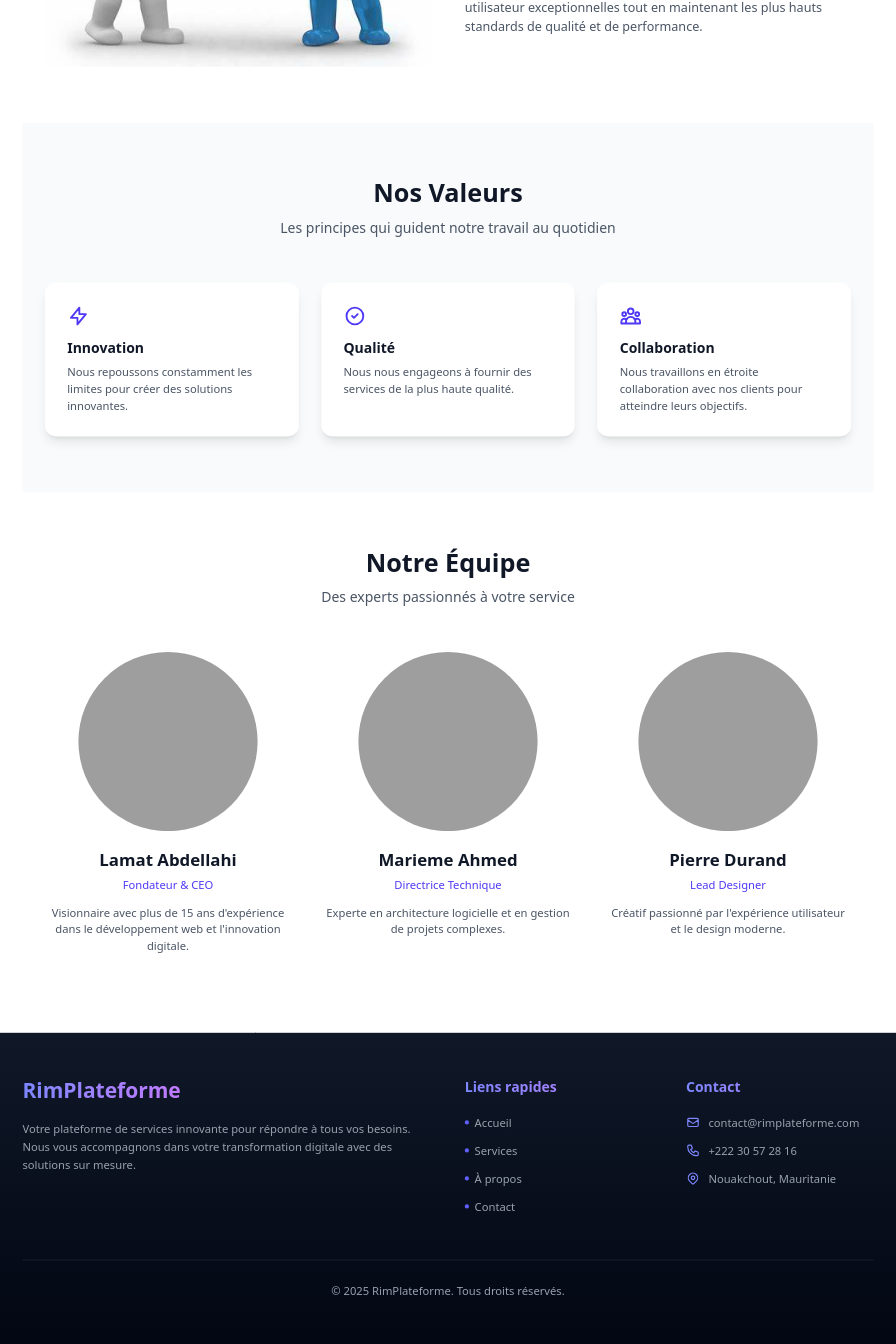
Repository: lamatmed/rimplateforme
Page: /about
An editor plug-in stored every save of this project. The page is shown before and after a run of saves, followed by the edit.
The browser window is 1280 px wide. The pictures show the part of the page from y = 1049 to 2969 px (the page is 2969 px tall), at 70% of full size.
Pictures or frames that could not be fetched are drawn as grey boxes. The project was rebuilt for these pictures with package versions that can differ from the ones it lists, and the page was loaded fresh each time. The framework's server and built-in components were replaced by stand-ins that run in the browser. Also part of the build but not shown: next.config.ts.

Above is the page before, as saved 2025-05-31 16:22:27.

### app/layout.tsx
import type { Metadata } from "next";
import { Geist, Geist_Mono } from "next/font/google";
import { cn } from "@/lib/utils"; // ou "../lib/utils" selon ton chemin
import "./globals.css";
import Navbar from "./components/Navbar";
import Footer from "./components/Footer";


const geistSans = Geist({
  variable: "--font-geist-sans",
  subsets: ["latin"],
});

const geistMono = Geist_Mono({
  variable: "--font-geist-mono",
  subsets: ["latin"],
});

export const metadata: Metadata = {
  title: "Rim Plateforme",
  description: "La bonne route vers web developpement",
  icons: { icon: "/logo.svg" },
};

export default function RootLayout({
  children,
}: Readonly<{
  children: React.ReactNode;
}>) {
  return (
    <html lang="en" suppressHydrationWarning>
      <body className={cn(
        geistSans.variable,
        geistMono.variable,
        "antialiased min-h-screen flex flex-col"
      )}>

          <div className="min-h-screen bg-white dark:bg-gray-900 text-gray-900 dark:text-white transition-colors duration-200">
            {/* Background Effects */}
            <div className="fixed inset-0 overflow-hidden pointer-events-none">
              {/* Gradient Orbs */}
              <div className="absolute -top-40 -left-40 w-80 h-80 bg-purple-300 dark:bg-purple-900/30 rounded-full mix-blend-multiply filter blur-xl opacity-70 animate-blob" />
              <div className="absolute -bottom-40 -right-40 w-80 h-80 bg-indigo-300 dark:bg-indigo-900/30 rounded-full mix-blend-multiply filter blur-xl opacity-70 animate-blob animation-delay-2000" />
              <div className="absolute top-1/2 left-1/2 transform -translate-x-1/2 -translate-y-1/2 w-80 h-80 bg-blue-300 dark:bg-blue-900/30 rounded-full mix-blend-multiply filter blur-xl opacity-70 animate-blob animation-delay-4000" />

              {/* Grid Pattern */}
              <div className="absolute inset-0 bg-[linear-gradient(to_right,#80808012_1px,transparent_1px),linear-gradient(to_bottom,#80808012_1px,transparent_1px)] bg-[size:24px_24px]" />
            </div>

            {/* Content Container */}
            <div className="relative flex flex-col min-h-screen">
              <Navbar />
              <main className="flex-grow relative z-10">
                <div className="max-w-7xl mx-auto px-4 sm:px-6 lg:px-8 py-8">
                  {children}
                </div>
              </main>
              <Footer />
            </div>
          </div>

      </body>
    </html>
  );
}

### app/about/page.tsx
/* eslint-disable react/no-unescaped-entities */
'use client';

import { motion } from 'framer-motion';
import Image from 'next/image';

const team = [
  {
    name: 'Lamat Abdellahi',
    role: 'Fondateur & CEO',
    image: '/team/jean.jpg',
    description: 'Visionnaire avec plus de 15 ans d\'expérience dans le développement web et l\'innovation digitale.',
  },
  {
    name: 'Marieme Ahmed',
    role: 'Directrice Technique',
    image: '/team/marie.jpg',
    description: 'Experte en architecture logicielle et en gestion de projets complexes.',
  },
  {
    name: 'Pierre Durand',
    role: 'Lead Designer',
    image: '/team/pierre.jpg',
    description: 'Créatif passionné par l\'expérience utilisateur et le design moderne.',
  },
];

const stats = [
  { label: 'Projets Réalisés', value: '150+' },
  { label: 'Clients Satisfaits', value: '98%' },
  { label: 'Années d\'Expérience', value: '10+' },
  { label: 'Équipe', value: '25+' },
];

const values = [
  {
    title: 'Innovation',
    description: 'Nous repoussons constamment les limites pour créer des solutions innovantes.',
    icon: (
      <svg className="w-8 h-8" fill="none" stroke="currentColor" viewBox="0 0 24 24">
        <path strokeLinecap="round" strokeLinejoin="round" strokeWidth={2} d="M13 10V3L4 14h7v7l9-11h-7z" />
      </svg>
    ),
  },
  {
    title: 'Qualité',
    description: 'Nous nous engageons à fournir des services de la plus haute qualité.',
    icon: (
      <svg className="w-8 h-8" fill="none" stroke="currentColor" viewBox="0 0 24 24">
        <path strokeLinecap="round" strokeLinejoin="round" strokeWidth={2} d="M9 12l2 2 4-4m6 2a9 9 0 11-18 0 9 9 0 0118 0z" />
      </svg>
    ),
  },
  {
    title: 'Collaboration',
    description: 'Nous travaillons en étroite collaboration avec nos clients pour atteindre leurs objectifs.',
    icon: (
      <svg className="w-8 h-8" fill="none" stroke="currentColor" viewBox="0 0 24 24">
        <path strokeLinecap="round" strokeLinejoin="round" strokeWidth={2} d="M17 20h5v-2a3 3 0 00-5.356-1.857M17 20H7m10 0v-2c0-.656-.126-1.283-.356-1.857M7 20H2v-2a3 3 0 015.356-1.857M7 20v-2c0-.656.126-1.283.356-1.857m0 0a5.002 5.002 0 019.288 0M15 7a3 3 0 11-6 0 3 3 0 016 0zm6 3a2 2 0 11-4 0 2 2 0 014 0zM7 10a2 2 0 11-4 0 2 2 0 014 0z" />
      </svg>
    ),
  },
];

export default function AboutPage() {
  return (
    <div className="bg-white dark:bg-gray-900">
      {/* Hero Section avec animation de parallaxe */}
      <div className="relative h-[50vh] sm:h-[60vh] overflow-hidden">
        <motion.div
          initial={{ scale: 1.2, opacity: 0 }}
          animate={{ scale: 1, opacity: 1 }}
          transition={{ duration: 1.5 }}
          className="absolute inset-0"
        >
          <Image
            src="/about/hero-bg.jpg"
            alt="Hero Background"
            fill
            className="object-cover"
            priority
          />
          <div className="absolute inset-0 bg-gradient-to-r from-indigo-600/90 to-purple-600/90" />
        </motion.div>
        <div className="relative h-full flex items-center justify-center text-center px-4">
          <motion.div
            initial={{ opacity: 0, y: 20 }}
            animate={{ opacity: 1, y: 0 }}
            transition={{ duration: 0.8, delay: 0.2 }}
            className="max-w-3xl mx-auto"
          >
            <h1 className="text-3xl sm:text-4xl md:text-5xl lg:text-6xl font-extrabold text-white mb-4 sm:mb-6">
              À propos de RimPlateforme
            </h1>
            <p className="text-lg sm:text-xl md:text-2xl text-white/90 px-4">
              Votre partenaire de confiance pour l&apos;innovation digitale
            </p>
          </motion.div>
        </div>
      </div>

      {/* Stats Section */}
      <div className="py-12 sm:py-16 bg-gray-50 dark:bg-gray-800">
        <div className="max-w-7xl mx-auto px-4 sm:px-6 lg:px-8">
          <div className="grid grid-cols-2 md:grid-cols-4 gap-6 sm:gap-8">
            {stats.map((stat, index) => (
              <motion.div
                key={stat.label}
                initial={{ opacity: 0, y: 20 }}
                animate={{ opacity: 1, y: 0 }}
                transition={{ duration: 0.5, delay: index * 0.1 }}
                className="text-center"
              >
                <div className="text-2xl sm:text-3xl md:text-4xl font-bold text-indigo-600 dark:text-indigo-400 mb-1 sm:mb-2">
                  {stat.value}
                </div>
                <div className="text-sm sm:text-base text-gray-600 dark:text-gray-400">
                  {stat.label}
                </div>
              </motion.div>
            ))}
          </div>
        </div>
      </div>

      {/* Mission Section */}
      <div className="py-12 sm:py-20">
        <div className="max-w-7xl mx-auto px-4 sm:px-6 lg:px-8">
          <div className="grid grid-cols-1 lg:grid-cols-2 gap-8 sm:gap-12 items-center">
            <motion.div
              initial={{ opacity: 0, x: -50 }}
              whileInView={{ opacity: 1, x: 0 }}
              transition={{ duration: 0.8 }}
              viewport={{ once: true }}
              className="relative h-[250px] sm:h-[400px] rounded-xl sm:rounded-2xl overflow-hidden"
            >
              <Image
                src="/tech/mission.jpg"
                alt="Notre mission"
                fill
                className="object-cover"
              />
            </motion.div>
            <motion.div
              initial={{ opacity: 0, x: 50 }}
              whileInView={{ opacity: 1, x: 0 }}
              transition={{ duration: 0.8 }}
              viewport={{ once: true }}
              className="space-y-4 sm:space-y-6"
            >
              <h2 className="text-2xl sm:text-3xl md:text-4xl font-bold text-gray-900 dark:text-white">
                Notre Mission
              </h2>
              <p className="text-base sm:text-lg text-gray-600 dark:text-gray-400">
                Chez RimPlateforme, nous nous engageons à transformer vos idées en solutions digitales innovantes. Notre mission est d&apos;accompagner les entreprises dans leur transformation numérique en leur offrant des services de qualité et des solutions sur mesure.
              </p>
              <p className="text-base sm:text-lg text-gray-600 dark:text-gray-400">
                Nous croyons en l&apos;importance de créer des expériences utilisateur exceptionnelles tout en maintenant les plus hauts standards de qualité et de performance.
              </p>
            </motion.div>
          </div>
        </div>
      </div>

      {/* Values Section */}
      <div className="py-12 sm:py-20 bg-gray-50 dark:bg-gray-800">
        <div className="max-w-7xl mx-auto px-4 sm:px-6 lg:px-8">
          <motion.div
            initial={{ opacity: 0, y: 20 }}
            whileInView={{ opacity: 1, y: 0 }}
            transition={{ duration: 0.5 }}
            viewport={{ once: true }}
            className="text-center mb-12 sm:mb-16"
          >
            <h2 className="text-2xl sm:text-3xl md:text-4xl font-bold text-gray-900 dark:text-white mb-3 sm:mb-4">
              Nos Valeurs
            </h2>
            <p className="text-base sm:text-lg md:text-xl text-gray-600 dark:text-gray-400">
              Les principes qui guident notre travail au quotidien
            </p>
          </motion.div>
          <div className="grid grid-cols-1 sm:grid-cols-2 md:grid-cols-3 gap-6 sm:gap-8">
            {values.map((value, index) => (
              <motion.div
                key={value.title}
                initial={{ opacity: 0, y: 20 }}
                whileInView={{ opacity: 1, y: 0 }}
                transition={{ duration: 0.5, delay: index * 0.1 }}
                viewport={{ once: true }}
                className="bg-white dark:bg-gray-900 p-6 sm:p-8 rounded-xl sm:rounded-2xl shadow-lg hover:shadow-xl transition-shadow duration-300"
              >
                <div className="text-indigo-600 dark:text-indigo-400 mb-4">
                  {value.icon}
                </div>
                <h3 className="text-lg sm:text-xl font-semibold text-gray-900 dark:text-white mb-2">
                  {value.title}
                </h3>
                <p className="text-sm sm:text-base text-gray-600 dark:text-gray-400">
                  {value.description}
                </p>
              </motion.div>
            ))}
          </div>
        </div>
      </div>

      {/* Team Section */}
      <div className="py-12 sm:py-20">
        <div className="max-w-7xl mx-auto px-4 sm:px-6 lg:px-8">
          <motion.div
            initial={{ opacity: 0, y: 20 }}
            whileInView={{ opacity: 1, y: 0 }}
            transition={{ duration: 0.5 }}
            viewport={{ once: true }}
            className="text-center mb-12 sm:mb-16"
          >
            <h2 className="text-2xl sm:text-3xl md:text-4xl font-bold text-gray-900 dark:text-white mb-3 sm:mb-4">
              Notre Équipe
            </h2>
            <p className="text-base sm:text-lg md:text-xl text-gray-600 dark:text-gray-400">
              Des experts passionnés à votre service
            </p>
          </motion.div>
          <div className="grid grid-cols-1 sm:grid-cols-2 md:grid-cols-3 gap-8 sm:gap-12">
            {team.map((member, index) => (
              <motion.div
                key={member.name}
                initial={{ opacity: 0, y: 20 }}
                whileInView={{ opacity: 1, y: 0 }}
                transition={{ duration: 0.5, delay: index * 0.1 }}
                viewport={{ once: true }}
                className="text-center group"
              >
                <div className="relative h-48 w-48 sm:h-56 sm:w-56 md:h-64 md:w-64 mx-auto mb-4 sm:mb-6 rounded-full overflow-hidden">
                  <Image
                    src={member.image}
                    alt={member.name}
                    fill
                    className="object-cover transition-transform duration-300 group-hover:scale-110"
                  />
                </div>
                <h3 className="text-xl sm:text-2xl font-semibold text-gray-900 dark:text-white mb-2">
                  {member.name}
                </h3>
                <p className="text-indigo-600 dark:text-indigo-400 font-medium mb-3 sm:mb-4">
                  {member.role}
                </p>
                <p className="text-sm sm:text-base text-gray-600 dark:text-gray-400">
                  {member.description}
                </p>
              </motion.div>
            ))}
          </div>
        </div>
      </div>
    </div>
  );
}

### lib/utils.ts
import { clsx, type ClassValue } from 'clsx'
import { twMerge } from 'tailwind-merge'

export function cn(...inputs: ClassValue[]) {
  return twMerge(clsx(...inputs))
}

### app/globals.css
@import "tailwindcss";



@layer base {
  :root {
    --background: 0 0% 100%;
    --foreground: 222.2 84% 4.9%;
  }

  .dark {
    --background: 222.2 84% 4.9%;
    --foreground: 210 40% 98%;
  }
}

body {
  @apply bg-white dark:bg-gray-900 text-gray-900 dark:text-white;
}

@layer utilities {
  .animation-delay-2000 {
    animation-delay: 2s;
  }
  .animation-delay-4000 {
    animation-delay: 4s;
  }
}

@keyframes blob {
  0% {
    transform: translate(0px, 0px) scale(1);
  }
  33% {
    transform: translate(30px, -50px) scale(1.1);
  }
  66% {
    transform: translate(-20px, 20px) scale(0.9);
  }
  100% {
    transform: translate(0px, 0px) scale(1);
  }
}

.animate-blob {
  animation: blob 7s infinite;
}

/* Smooth scrolling for the entire page */
html {
  scroll-behavior: smooth;
}

/* Custom scrollbar */
::-webkit-scrollbar {
  width: 8px;
}

::-webkit-scrollbar-track {
  @apply bg-gray-100 dark:bg-gray-800;
}

::-webkit-scrollbar-thumb {
  @apply bg-gray-400 dark:bg-gray-600 rounded-full;
}

::-webkit-scrollbar-thumb:hover {
  @apply bg-gray-500 dark:bg-gray-500;
}

/* Dark mode scrollbar */
@media (prefers-color-scheme: dark) {
  ::-webkit-scrollbar-track {
    background: #1a1a1a;
  }

  ::-webkit-scrollbar-thumb {
    background: #333;
  }

  ::-webkit-scrollbar-thumb:hover {
    background: #444;
  }
}

### app/components/Navbar.tsx
'use client';

import Link from 'next/link';
import Image from 'next/image';
import { useState, useEffect } from 'react';


const Navbar = () => {
  const [isMenuOpen, setIsMenuOpen] = useState(false);

  const [mounted, setMounted] = useState(false);

  useEffect(() => {
    setMounted(true);
  }, []);

  if (!mounted) {
    return null;
  }



  return (
    <nav className="fixed w-full z-50 bg-white dark:bg-gray-900 shadow-lg">
      <div className="max-w-7xl mx-auto px-4 sm:px-6 lg:px-8">
        <div className="flex justify-between h-20">
          <div className="flex items-center">
            <Link href="/" className="flex-shrink-0 flex items-center group">
              <div className="relative w-12 h-12 mr-3 bg-white dark:bg-gray-800 rounded-full p-2 shadow-md">
                <Image
                  src="/logo.svg"
                  alt="RimPlateforme Logo"
                  width={100}
                  height={40}
                  className="h-8 w-auto"
                />
              </div>
              <span className="text-2xl font-bold bg-gradient-to-r from-indigo-600 to-purple-600 bg-clip-text text-transparent group-hover:from-purple-600 group-hover:to-indigo-600 transition-all duration-300">
                RimPlateforme
              </span>
            </Link>
          </div>

          {/* Desktop menu */}
          <div className="hidden md:flex items-center space-x-8">
            <Link href="/" className="text-gray-700 dark:text-gray-300 hover:text-indigo-600 dark:hover:text-indigo-400 px-3 py-2 rounded-md text-sm font-medium">
              Accueil
            </Link>
            <Link href="/services" className="text-gray-700 dark:text-gray-300 hover:text-indigo-600 dark:hover:text-indigo-400 px-3 py-2 rounded-md text-sm font-medium">
              Services
            </Link>
            <Link href="/about" className="text-gray-700 dark:text-gray-300 hover:text-indigo-600 dark:hover:text-indigo-400 px-3 py-2 rounded-md text-sm font-medium">
              À propos
            </Link>
            <Link href="/contact" className="text-gray-700 dark:text-gray-300 hover:text-indigo-600 dark:hover:text-indigo-400 px-3 py-2 rounded-md text-sm font-medium">
              Contact
            </Link>
          </div>

          {/* Right side buttons */}
          <div className="hidden md:flex items-center space-x-4">


            {/* Login button */}
            <Link
              href="/login"
              className="inline-flex items-center px-4 py-2 border border-transparent text-sm font-medium rounded-md text-white bg-indigo-600 hover:bg-indigo-700"
            >
              Connexion
            </Link>
          </div>

          {/* Mobile menu button */}
          <div className="md:hidden flex items-center space-x-4">
            {/* Theme toggle for mobile */}


            <button
              onClick={() => setIsMenuOpen(!isMenuOpen)}
              className="inline-flex items-center justify-center p-2 rounded-md text-gray-700 dark:text-gray-300 hover:text-indigo-600 dark:hover:text-indigo-400"
            >
              <svg
                className="h-6 w-6"
                stroke="currentColor"
                fill="none"
                viewBox="0 0 24 24"
              >
                {isMenuOpen ? (
                  <path
                    strokeLinecap="round"
                    strokeLinejoin="round"
                    strokeWidth={2}
                    d="M6 18L18 6M6 6l12 12"
                  />
                ) : (
                  <path
                    strokeLinecap="round"
                    strokeLinejoin="round"
                    strokeWidth={2}
                    d="M4 6h16M4 12h16M4 18h16"
                  />
                )}
              </svg>
            </button>
          </div>
        </div>
      </div>

      {/* Mobile menu */}
      {isMenuOpen && (
        <div className="md:hidden absolute w-full bg-white dark:bg-gray-900 shadow-lg">
          <div className="px-2 pt-2 pb-3 space-y-1 sm:px-3">
            <Link href="/" className="text-gray-700 dark:text-gray-300 hover:text-indigo-600 dark:hover:text-indigo-400 block px-3 py-2 rounded-md text-base font-medium">
              Accueil
            </Link>
            <Link href="/services" className="text-gray-700 dark:text-gray-300 hover:text-indigo-600 dark:hover:text-indigo-400 block px-3 py-2 rounded-md text-base font-medium">
              Services
            </Link>
            <Link href="/about" className="text-gray-700 dark:text-gray-300 hover:text-indigo-600 dark:hover:text-indigo-400 block px-3 py-2 rounded-md text-base font-medium">
              À propos
            </Link>
            <Link href="/contact" className="text-gray-700 dark:text-gray-300 hover:text-indigo-600 dark:hover:text-indigo-400 block px-3 py-2 rounded-md text-base font-medium">
              Contact
            </Link>
            <Link href="/login" className="text-gray-700 dark:text-gray-300 hover:text-indigo-600 dark:hover:text-indigo-400 block px-3 py-2 rounded-md text-base font-medium">
              Connexion
            </Link>
          </div>
        </div>
      )}
    </nav>
  );
};

export default Navbar;

Loaded but not shown: app/components/Footer.tsx (99 lines, source omitted)

After the next 2 saves:
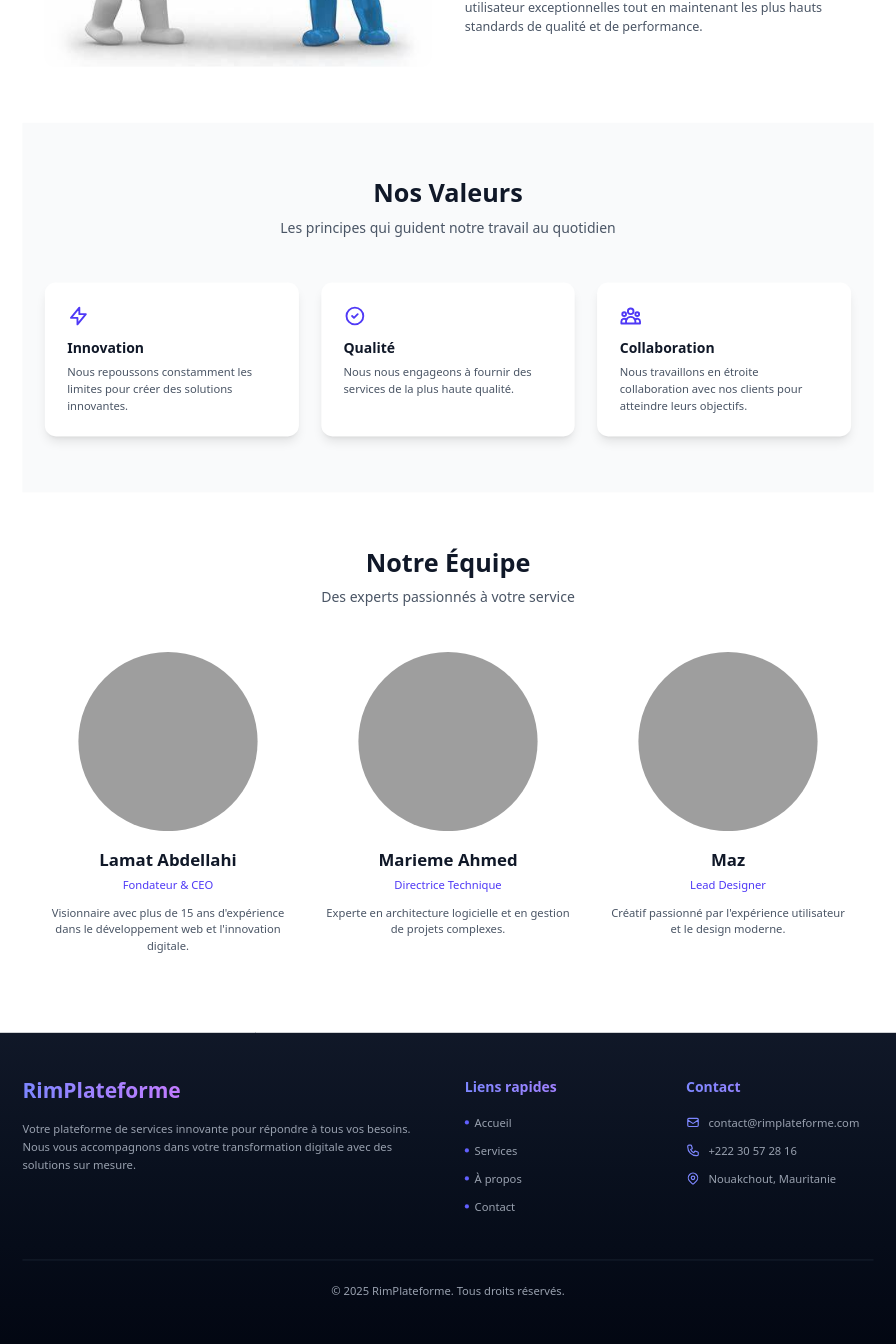
The 2 saves are shown as one change because they came seconds apart.
The last was saved 12 s later.
--- a/app/about/page.tsx
+++ b/app/about/page.tsx
@@ -18,7 +18,7 @@
     description: 'Experte en architecture logicielle et en gestion de projets complexes.',
   },
   {
-    name: 'Pierre Durand',
+    name: 'Maz',
     role: 'Lead Designer',
     image: '/team/pierre.jpg',
     description: 'Créatif passionné par l\'expérience utilisateur et le design moderne.',
